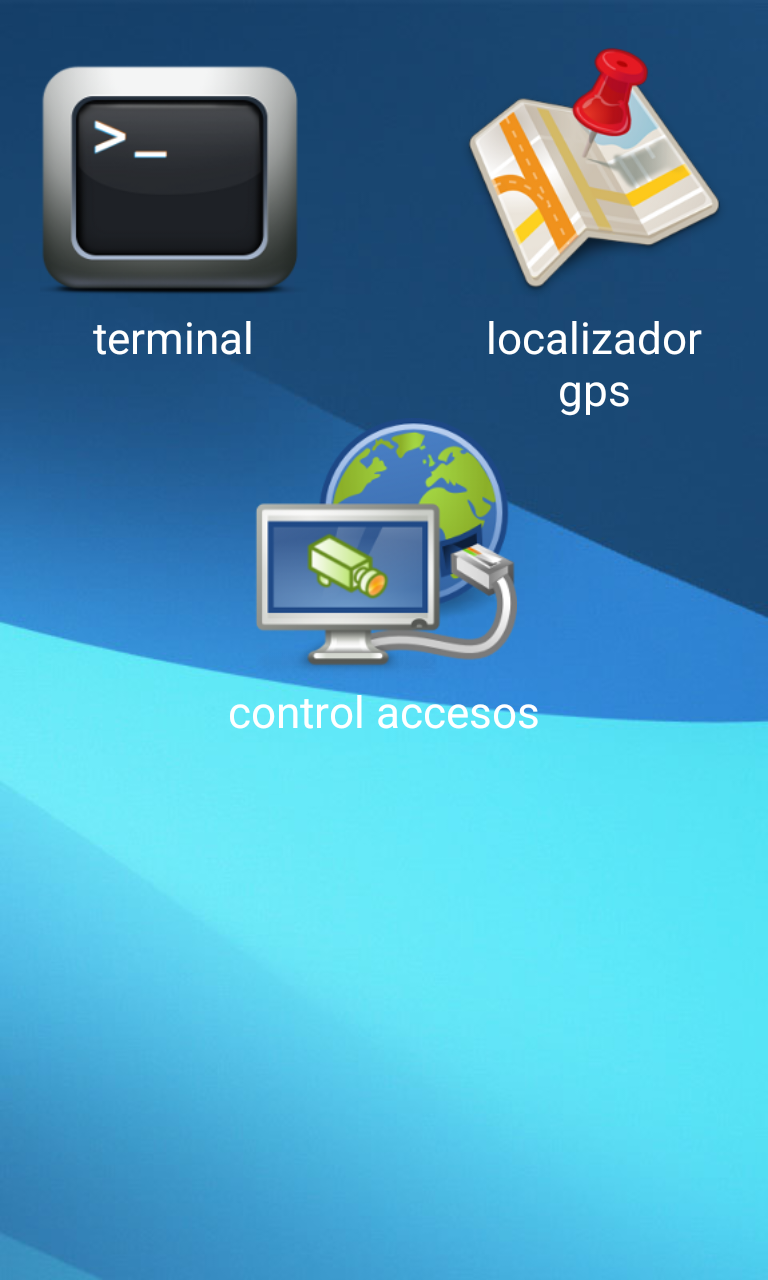
Repository: jonatansantos/Android-Server-Status
Layout: desarrollo/Principal/res/layout/main.xml
The author's editor kept a copy of each file at every save. The layout is drawn from the files as they stood at one save, then again after the next save.
It is drawn on a 768 x 1280 px phone screen (xhdpi) without system bars, with theme android:Theme; the app's code is not run.

Above is the layout before, as saved 2012-05-31 20:31:06.

After the next save:
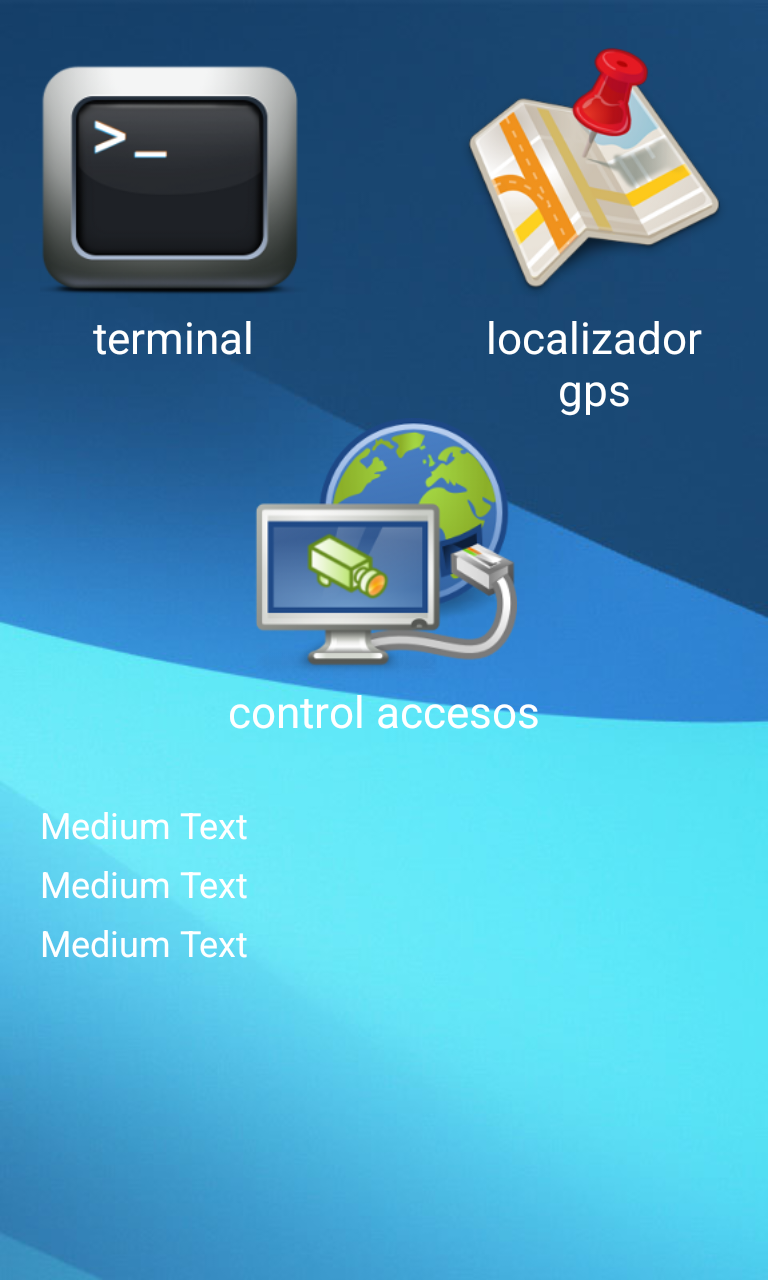
Saved 15 h 36 min later.
--- a/desarrollo/Principal/res/layout/main.xml
+++ b/desarrollo/Principal/res/layout/main.xml
@@ -76,4 +76,39 @@
         android:text="@string/control"
         android:textAppearance="?android:attr/textAppearanceLarge" />
 
+
+
+
+    <TextView
+        android:id="@+id/textView1"
+        android:layout_width="wrap_content"
+        android:layout_height="wrap_content"
+        android:layout_alignParentLeft="true"
+        android:layout_below="@+id/tv_menu_servidor"
+        android:layout_marginTop="30dp"
+        android:text="Medium Text"
+        android:textAppearance="?android:attr/textAppearanceMedium" />
+
+
+    <TextView
+        android:id="@+id/textView2"
+        android:layout_width="wrap_content"
+        android:layout_height="wrap_content"
+        android:layout_alignRight="@+id/textView1"
+        android:layout_below="@+id/textView1"
+        android:layout_marginTop="5dp"
+        android:text="Medium Text"
+        android:textAppearance="?android:attr/textAppearanceMedium" />
+
+
+    <TextView
+        android:id="@+id/textView3"
+        android:layout_width="wrap_content"
+        android:layout_height="wrap_content"
+        android:layout_alignLeft="@+id/textView2"
+        android:layout_below="@+id/textView2"
+        android:layout_marginTop="5dp"
+        android:text="Medium Text"
+        android:textAppearance="?android:attr/textAppearanceMedium" />
+
 </RelativeLayout>
